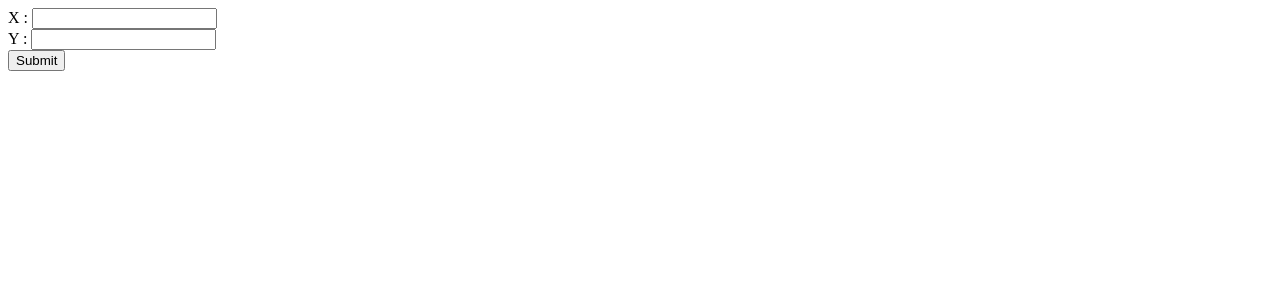
Repository: MeGuuuun/JSP-Servlet
Page: 20-29/JSPPrj/src/main/webapp/WEB-INF/add2.html
An editor plug-in stored every save of this project. The page is shown before and after the next save, followed by the edit.
The browser window is 1280 px wide. The pictures show the whole page.

Above is the page before, as saved 2022-04-14 06:19:36.

### 20-29/JSPPrj/src/main/webapp/WEB-INF/add2.html
<!DOCTYPE html>
<html>
<head>
<meta charset="UTF-8">
<title>Insert title here</title>
</head>
<body>
<div>
	<form action="add2" method="post">
		<div>
			<label>X : </label>
			<input type="text" name="x" />
		</div>
		<div>
			<label>Y : </label>
			<input type="text" name="y" />
		</div>
		<div>
			<input type="submit" name="calculate"/>
		</div>
	</form>
</div>

</body>
</html>

After the next save:
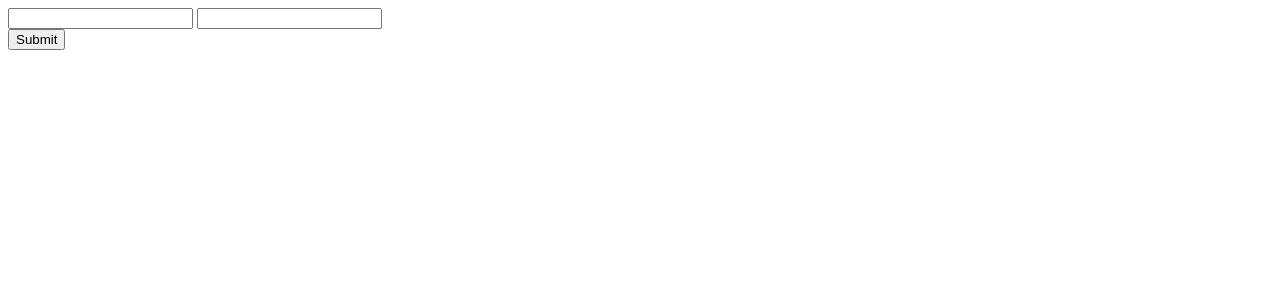
Saved 21 s later.
--- a/20-29/JSPPrj/src/main/webapp/WEB-INF/add2.html
+++ b/20-29/JSPPrj/src/main/webapp/WEB-INF/add2.html
@@ -8,12 +8,8 @@
 <div>
 	<form action="add2" method="post">
 		<div>
-			<label>X : </label>
-			<input type="text" name="x" />
-		</div>
-		<div>
-			<label>Y : </label>
-			<input type="text" name="y" />
+			<input type="text" name="num" />
+			<input type="text" name="num" />
 		</div>
 		<div>
 			<input type="submit" name="calculate"/>
